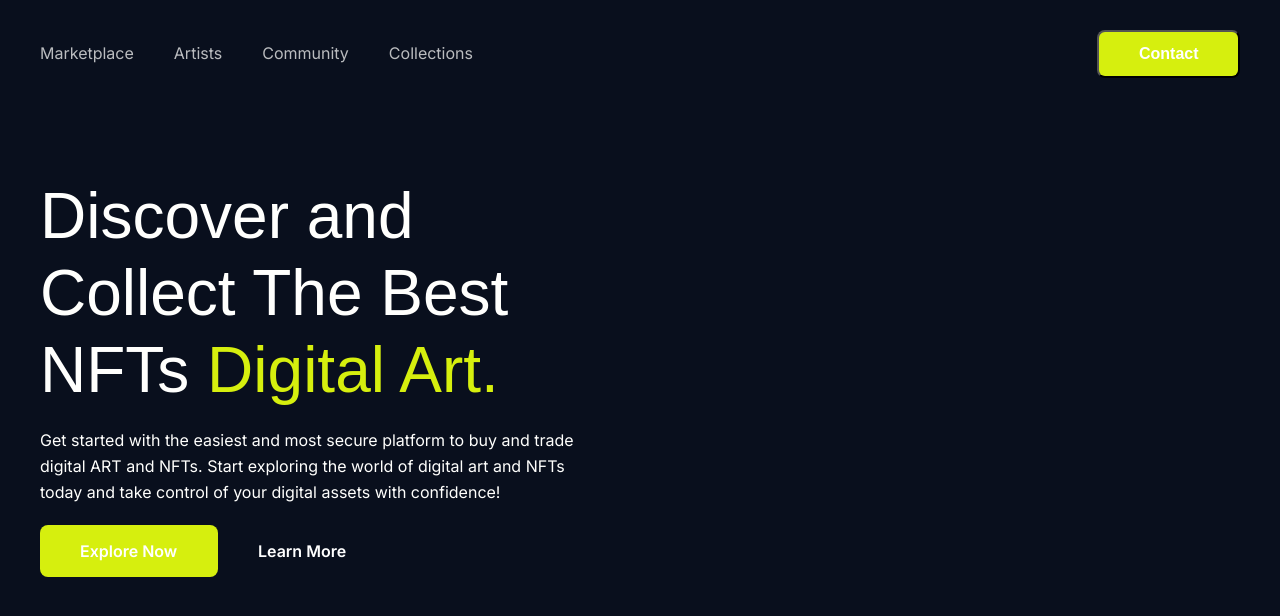
Repository: Kamron5505/NftMarketplace
Page: index.html
The author's editor kept a copy of each file at every save. The page is drawn from the files as they stood at one save, then again after a run of saves.
The browser window is 1280 px wide. The pictures show the whole page.
Some web fonts or font styles are not loaded; a fallback is used.

Above is the page before, as saved 2025-07-08 13:16:36.

### index.html
<!DOCTYPE html>
<html lang="en">

<head>
    <meta charset="UTF-8">
    <meta name="viewport" content="width=device-width, initial-scale=1.0">
    <title>NFTMarketplace Landing</title>
    <link rel="stylesheet" href="./style.css">
    <link
        href="https://fonts.googleapis.com/css2?family=Inter:wght@400;600;700&family=Source+Sans+Pro:wght@400;600;700&family=Lora:wght@400;700&display=swap"
        rel="stylesheet">

</head>

<body>
    <header class="header">
        <div class="container">
            <nav class="nav">
                <ul class="nav-list">
                    <li class="nav-item"><a href="#" class="nav-link">Marketplace</a></li>
                    <li class="nav-item"><a href="#" class="nav-link">Artists</a></li>
                    <li class="nav-item"><a href="#" class="nav-link">Community</a></li>
                    <li class="nav-item"><a href="#" class="nav-link">Collections</a></li>
                </ul>
                <button class="header-contact-btn">Contact</button>
            </nav>
        </div>
    </header>
    <main class="main">
        <section class="nft-section">
            <div class="container">
                <div class="nft-wrapper">
                    <div class="content-left">
                        <h1 class="title">
                            Discover and <br>
                            Collect The Best <br>
                            NFTs <span class="highlight"> Digital Art.</span>
                        </h1>

                        <p class="description">
                            Get started with the easiest and most secure platform to buy and trade digital ART and NFTs.
                            Start exploring the world of digital art and NFTs today and take control of your digital
                            assets with confidence!
                        </p>

                        <div class="buttons">
                            <a href="#" class="btn btn-primary">Explore Now</a>
                            <a href="#" class="btn btn-secondary">Learn More</a>
                        </div>

                        <!-- <div class="stats">
                            <div class="stat">
                                <div class="number">8.9K</div>
                                <div class="label">Art work</div>
                            </div>
                            <div class="stat">
                                <div class="number">65K</div>
                                <div class="label">Artist</div>
                            </div>
                            <div class="stat">
                                <div class="number">87K</div>
                                <div class="label">Collection</div>
                            </div>
                        </div>
                    </div> -->
                        <!-- <div class="content-right">
                        <div class="card">
                            <img src="nft-image.jpg" alt="NFT Image" class="card-image">
                            <div class="card-info">
                                <div class="card-timer">
                                    <span>Ends in</span>
                                    <span class="time">05:45:47</span>
                                </div>
                                <div class="card-bid">
                                    <span>Current bid</span>
                                    <span class="eth">0.24 ETH</span>
                                </div>
                                <a href="#" class="btn btn-bid">Place A Bid</a>
                            </div>
                        </div>
                    </div> -->
                    </div>
                </div>
        </section>
    </main>
</body>

</html>

### style.css
@font-face {
    font-family: 'Canela';
    src: url('../fonts/Canela-Bold.woff2') format('woff2');
    font-weight: bold;
    font-style: medium;
}

* {
    margin: 0;
    padding: 0;
    text-decoration: none;
    list-style: none;
    box-sizing: border-box;
}

body {
    background: #090f1d;
    color: #fffffd;
}

:root {
    --font-family: "Inter", sans-serif;
    ---family: "Source Sans Pro", sans-serif;
    --font-family: "Lora", sans-serif;
}

h1,
h2,
h3,
h4,
h5,
h6 {
    font-family: "Canela", sans-serif;
    font-weight: bold;
    font-weight: 500;
    font-size: 64px;
    line-height: 120%;
    color: #fffffd;
}

:root {
    --font-family: "Inter", sans-serif;
    --second-family: "Source Sans Pro", sans-serif;
    --third-family: "Canela", sans-serif;
}

.highlight {
    color: #d6ef0e;
}

.header {
    margin-top: 30px;
    font-family: "Inter", sans-serif;
}

.container {
    width: 1200px;
    margin: 0 auto;
}

.nav {
    display: flex;
    align-items: center;
    justify-content: space-between;
}

.nav-list {
    display: flex;
    gap: 40px;
}


.nav-link {
    font-weight: 400;
    font-size: 16px;
    line-height: 160%;
    color: rgba(255, 255, 253, 0.72);
}

.nav-link:hover {
    border-bottom: 1px solid #d6ef0e;
    width: 94px;
    height: 26px;
    transition: all 0.3s ease;
}

.header-contact-btn {
    background: #d6ef0e;
    border-radius: 8px;
    padding: 12px 40px;
    width: 143px;
    height: 48px;
    font-weight: 700;
    font-size: 16px;
    line-height: 120%;
    color: #fff;
}



.nft-section {
    margin-top: 100px;
}


.nft-wrapper {}

.content-left {}

.title {}

.highlight {}

.description {
    font-family: "Inter", sans-serif;
    font-weight: 400;
    font-size: 16px;
    width: 544px;
    line-height: 160%;
    color: #fffffd;
    margin-top: 20px;
}

.buttons {
    display: flex;
    gap: 40px;
    align-items: center;
    margin-top: 20px;
}

.btn {
    font-family: "Inter", sans-serif;
    font-weight: 600;
    font-size: 16px;
    color: #fff;
}

.btn-primary {

    align-items: center;
    line-height: 120%;
    display: flex;
    border-radius: 8px;
    padding: 12px 40px;
    width: 178px;
    height: 52px;
    background: #d6ef0e;
}

.btn-secondary {}

After the next 3 saves:
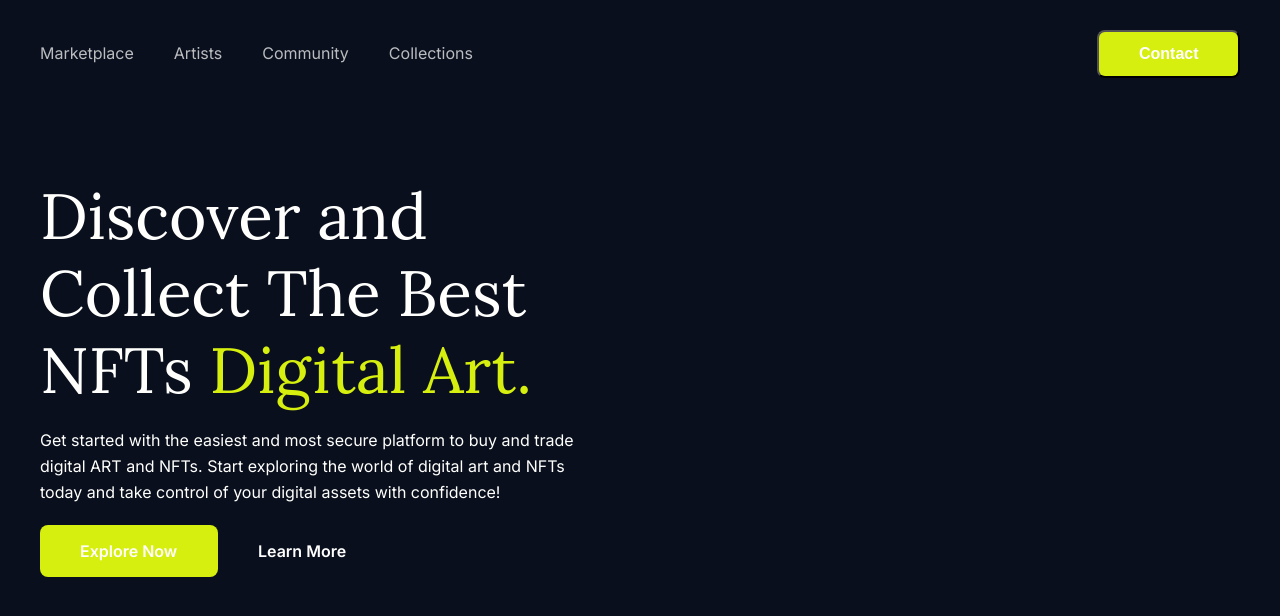
The 3 saves are shown as one change because they came seconds apart.
The last was saved 15 s later.
--- a/style.css
+++ b/style.css
@@ -30,7 +30,8 @@ h3,
 h4,
 h5,
 h6 {
-    font-family: "Canela", sans-serif;
+    font-family: "Lora", sans-serif;
+
     font-weight: bold;
     font-weight: 500;
     font-size: 64px;
